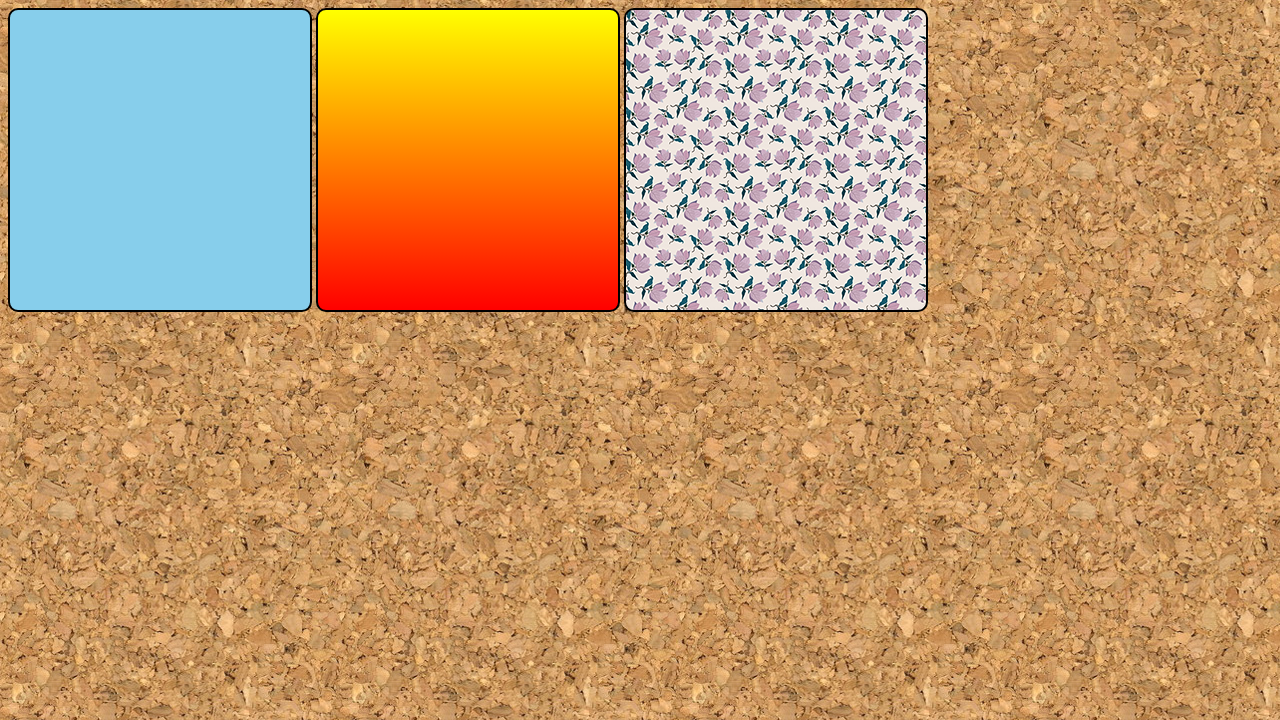
Repository: gustavotwist/html-css
Page: ex22/fundo01.html
The author's editor kept a copy of each file at every save. The page is drawn from the files as they stood at one save, then again after the next save.
The browser window is 1280 px wide. The pictures show the whole page.

Above is the page before, as saved 2024-04-10 22:51:35.

### ex22/fundo01.html
<!DOCTYPE html>
<html lang="pt-br">
<head>
    <meta charset="UTF-8">
    <meta name="viewport" content="width=device-width, initial-scale=1.0">
    <title>Teste de |Imagem de fundo</title>
    <style>
        body {
            background-image: url('imagens/wallpaper001.jpg');
        }

        div.quadrado {
            display: inline-block;
            border: 2px solid black;
            border-radius: 10px;
            background-color: lightgray;
            width: 300px;
            height: 300px;
        }

        div#q1 {
            background-color: skyblue;
        }

        div#q2 {
            background-image: linear-gradient(to bottom, yellow, red);
        }

        div#q3 {
            background-image: url('imagens/pattern003.png');
        }
    </style>
</head>
<body>
    <div class="quadrado" id="q1">

    </div>
    <div class="quadrado" id="q2">

    </div>
    <div class="quadrado" id="q3">

    </div>

</body>
</html>

After the next save:
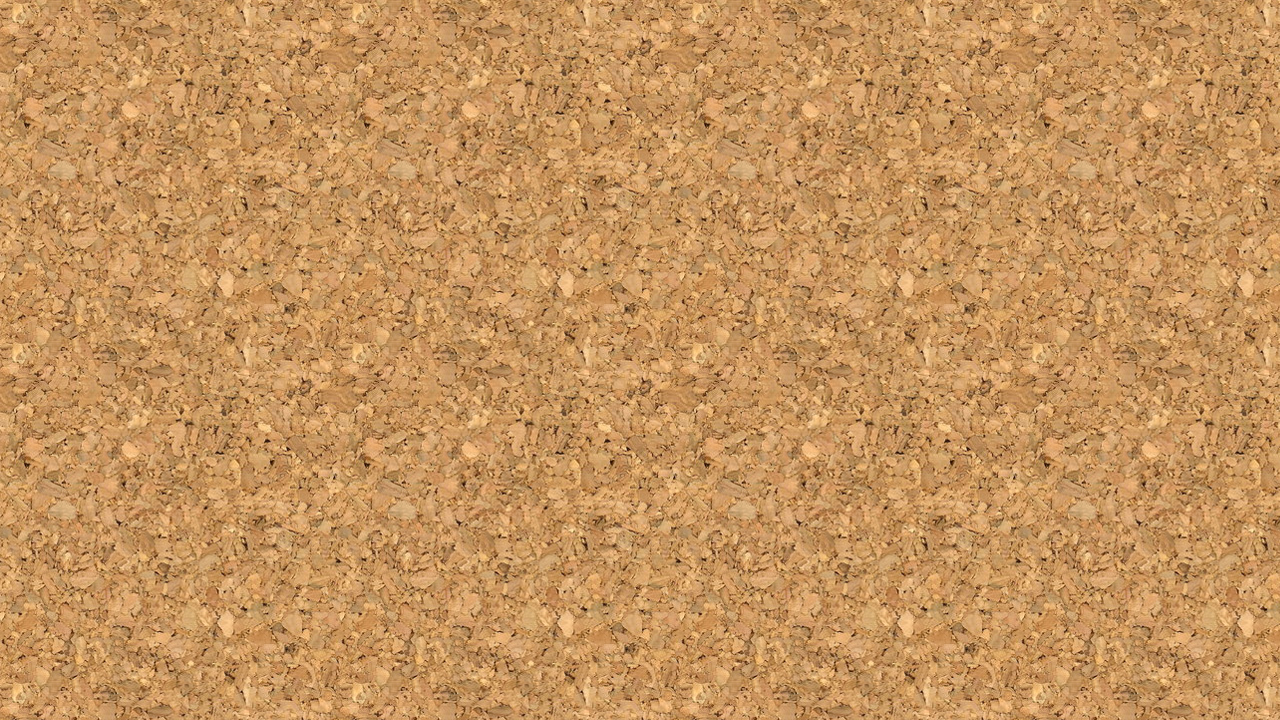
Saved 2 min 29 s later.
--- a/ex22/fundo01.html
+++ b/ex22/fundo01.html
@@ -8,24 +8,6 @@
         body {
             background-image: url('imagens/wallpaper001.jpg');
         }
-
-        div.quadrado {
-            display: inline-block;
-            border: 2px solid black;
-            border-radius: 10px;
-            background-color: lightgray;
-            width: 300px;
-            height: 300px;
-        }
-
-        div#q1 {
-            background-color: skyblue;
-        }
-
-        div#q2 {
-            background-image: linear-gradient(to bottom, yellow, red);
-        }
-
         div#q3 {
             background-image: url('imagens/pattern003.png');
         }
